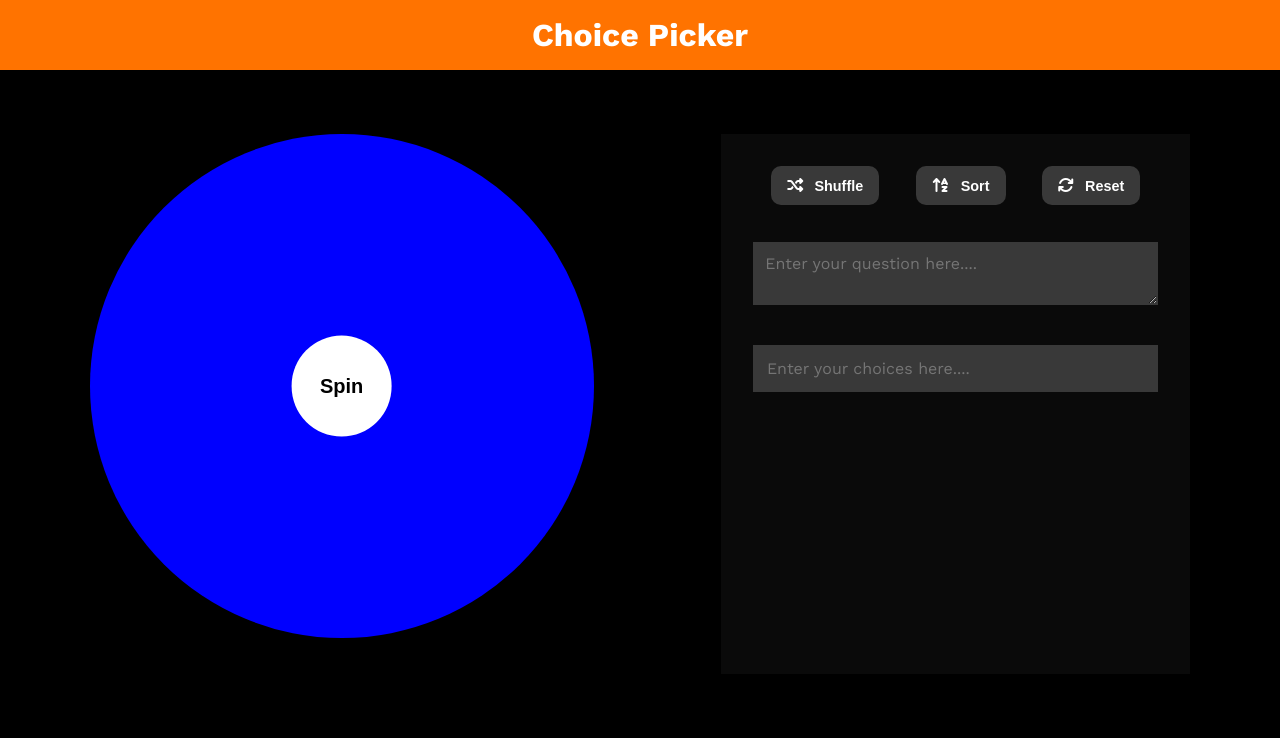
Repository: emiliaiwu/choice_wheel_spinner
Page: index.html
An editor plug-in stored every save of this project. The page is shown before and after the next save, followed by the edit.
The browser window is 1280 px wide. The pictures show the whole page.
Some web libraries are served in a nearby version.

Above is the page before, as saved 2023-01-10 04:59:38.

After the next save:
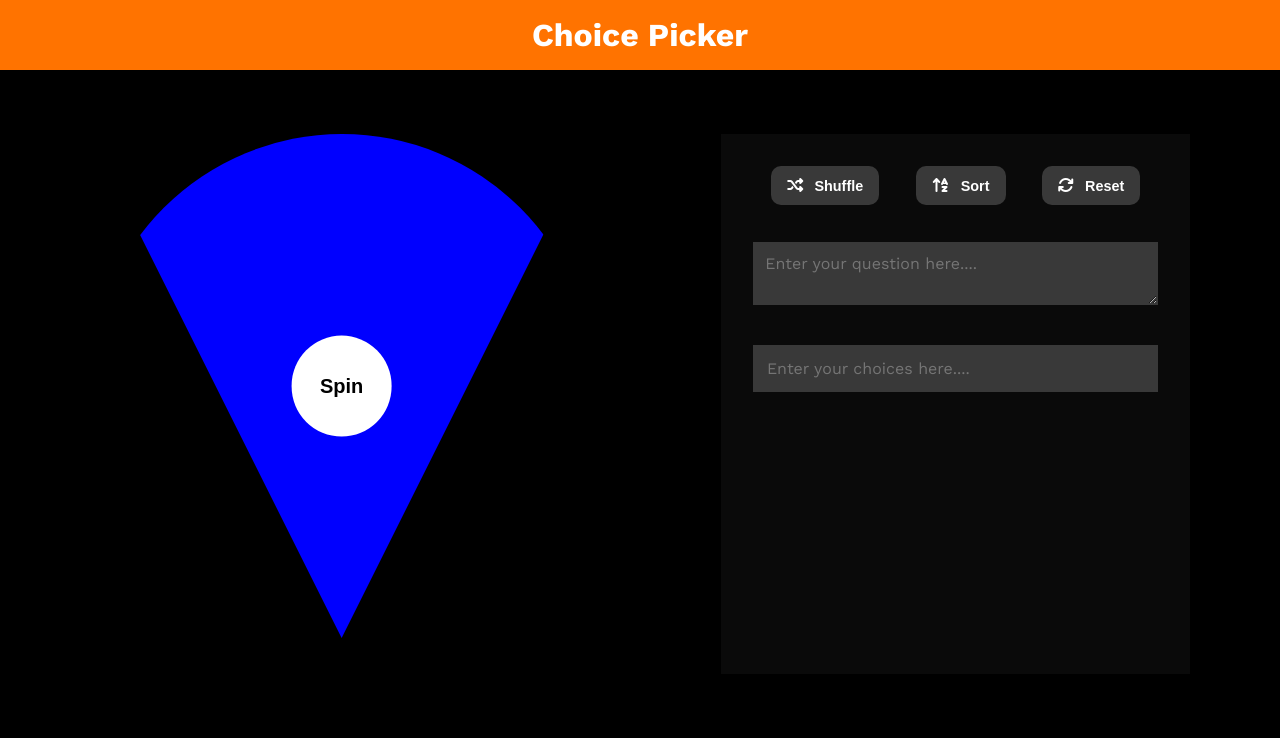
Saved 5 s later.
--- a/style.css
+++ b/style.css
@@ -54,7 +54,7 @@
     background-color: blue;
     border-radius: 50%;
     position: relative;
-    clip-path: polygon(100% 0, 50% 100%,);
+    clip-path: polygon(100% 0, 50% 100%, 0 0);
 }
 
 .spin {

After the 3 saves that followed:
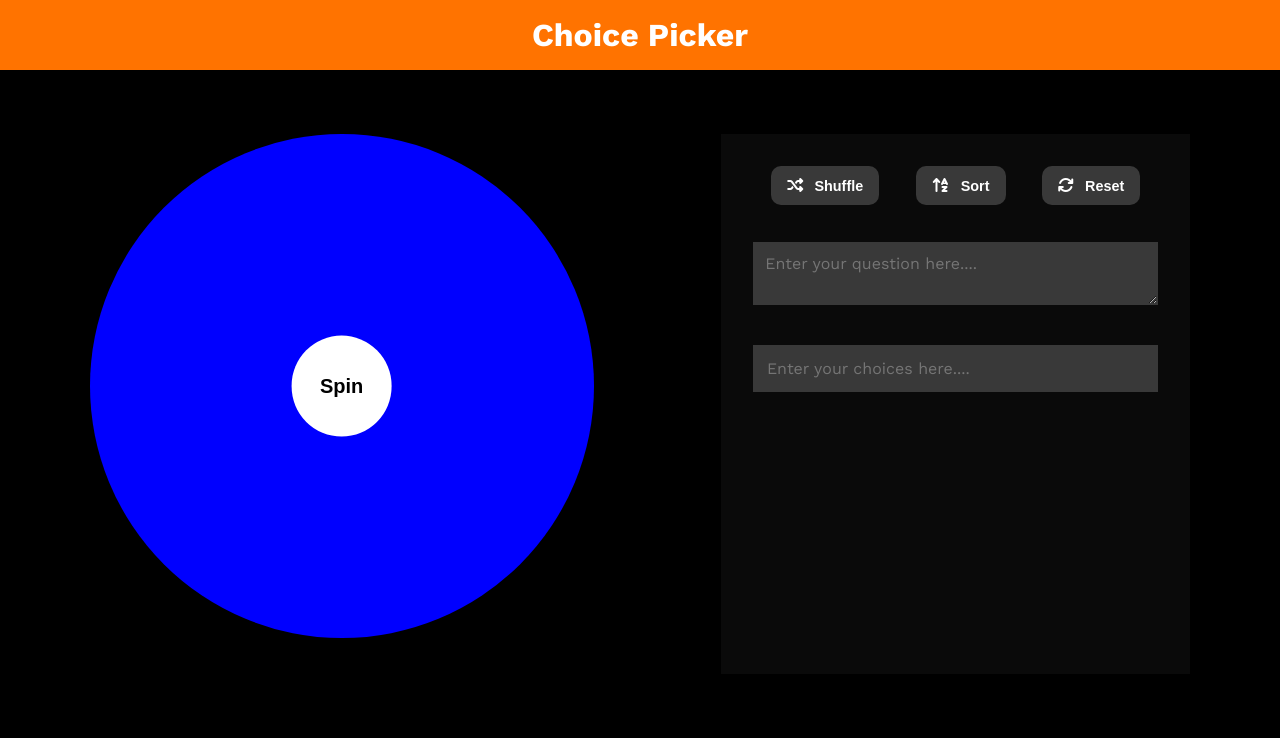
The 3 saves are shown as one change because they came seconds apart.
The last was saved 3 min 6 s later.
--- a/style.css
+++ b/style.css
@@ -54,7 +54,8 @@
     background-color: blue;
     border-radius: 50%;
     position: relative;
-    clip-path: polygon(100% 0, 50% 100%, 0 0);
+    conic
+    /* clip-path: polygon(100% 0, 50% 100%, 0 0); */
 }
 
 .spin {
